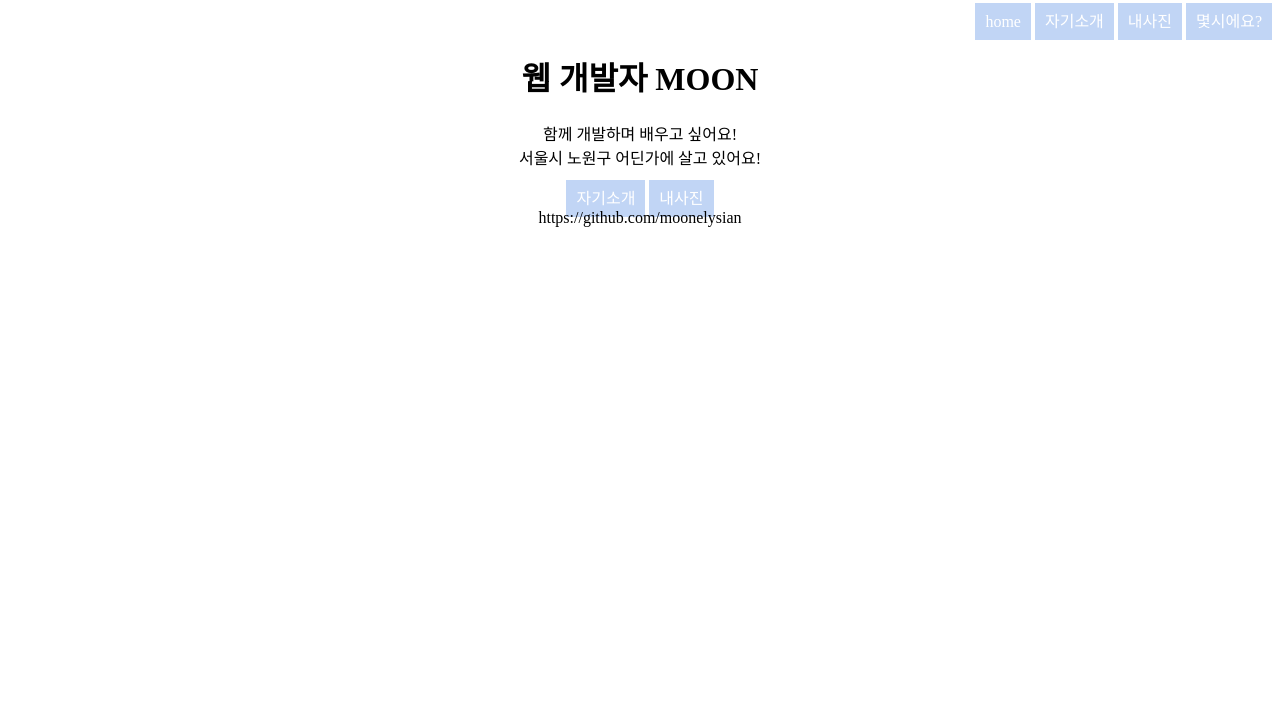
Repository: moonelysian/edwith-
Page: BE_PJT1-1/WebContent/index.html
The author's editor kept a copy of each file at every save. The page is drawn from the files as they stood at one save, then again after the next save.
The browser window is 1280 px wide. The pictures show the whole page.

Above is the page before, as saved 2019-08-07 05:14:25.

### BE_PJT1-1/WebContent/index.html
<!DOCTYPE html>
<html>
	<head>
		<meta charset="UTF-8">
		<title>ABOUT ME</title>
		<link rel="stylesheet" type="text/css" href="style.css" />
	</head>

	<nav>
		<a href="index.html">home</a>
		<a href="aboutme.html">자기소개</a>
		<a href="picture.html">내사진</a>
		<a>몇시에요?</a>
	</nav>

	<body>
		<h1>웹 개발자 MOON</h1>
		<p>
		함께 개발하며 배우고 싶어요!</br>
		서울시 노원구 어딘가에 살고 있어요!
		</p>
		<a href="aboutme.html">자기소개</a>
		<a href="picture.html">내사진</a>

	</body>

	<footer>
		https://github.com/moonelysian
	</footer>
</html>

### BE_PJT1-1/WebContent/style.css
@charset "UTF-8";
body{ text-align: center;}

nav { text-align: right; }

a {
	background-color: rgba(50, 115, 220, 0.3);
	color: white;
	padding: 10px;
	text-decoration: none;
}

a:hover{ color:black; }

After the next save:
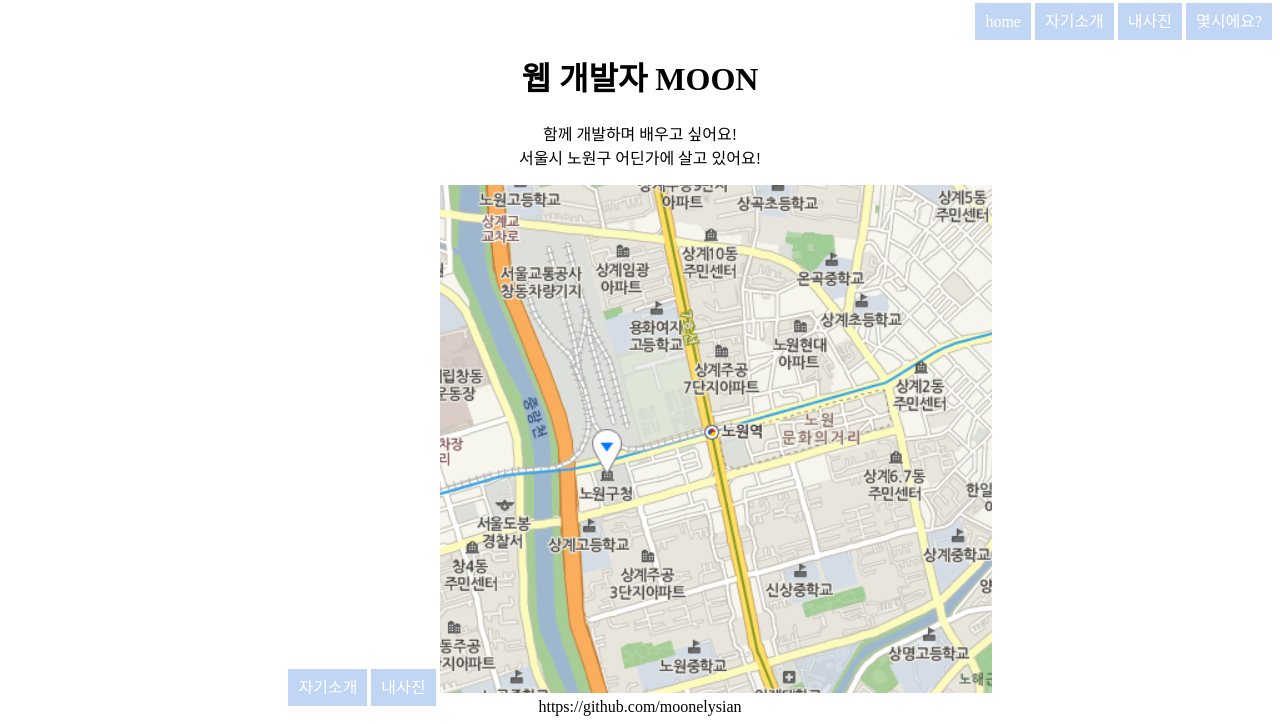
Saved 4 min 42 s later.
--- a/BE_PJT1-1/WebContent/index.html
+++ b/BE_PJT1-1/WebContent/index.html
@@ -21,6 +21,7 @@
 		</p>
 		<a href="aboutme.html">자기소개</a>
 		<a href="picture.html">내사진</a>
+		<img src="image\ds.png">
 
 	</body>
 
